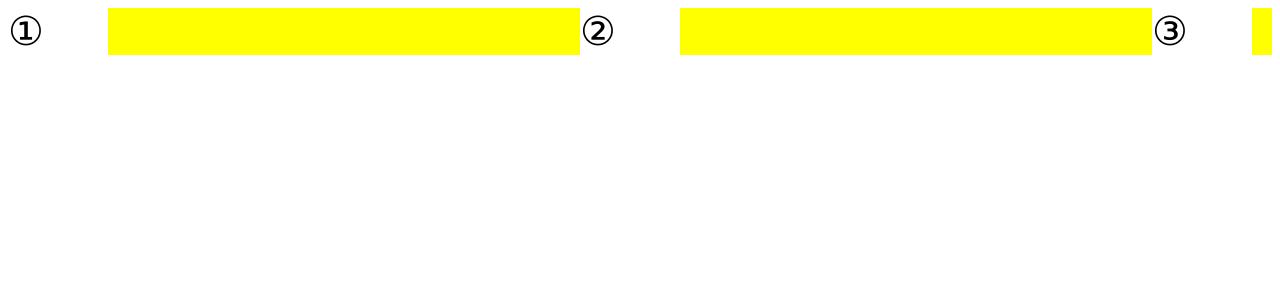
Repository: 9136424556/todo01
Page: coachtech/html-css/css1-17問.html
The author's editor kept a copy of each file at every save. The page is drawn from the files as they stood at one save, then again after the next save.
The browser window is 1280 px wide. The pictures show the whole page.

Above is the page before, as saved 2023-12-01 04:11:01.

After the next save:
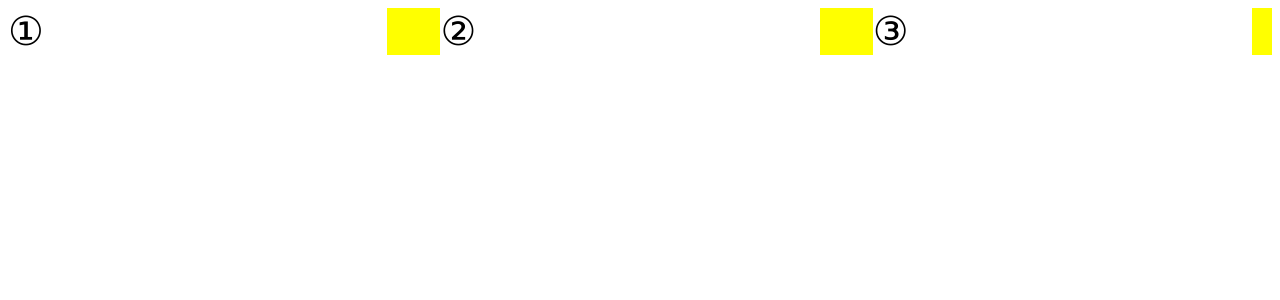
Saved 79 s later.
--- a/coachtech/html-css/css/css1-17問.css
+++ b/coachtech/html-css/css/css1-17問.css
@@ -7,7 +7,7 @@
 .box{
     background-color: white;
     margin-right: 20px;
-    width: 100px;
-    height: 30%;
+    width: 30%;
+    height:30%;
     font-size: 40px;
 }
